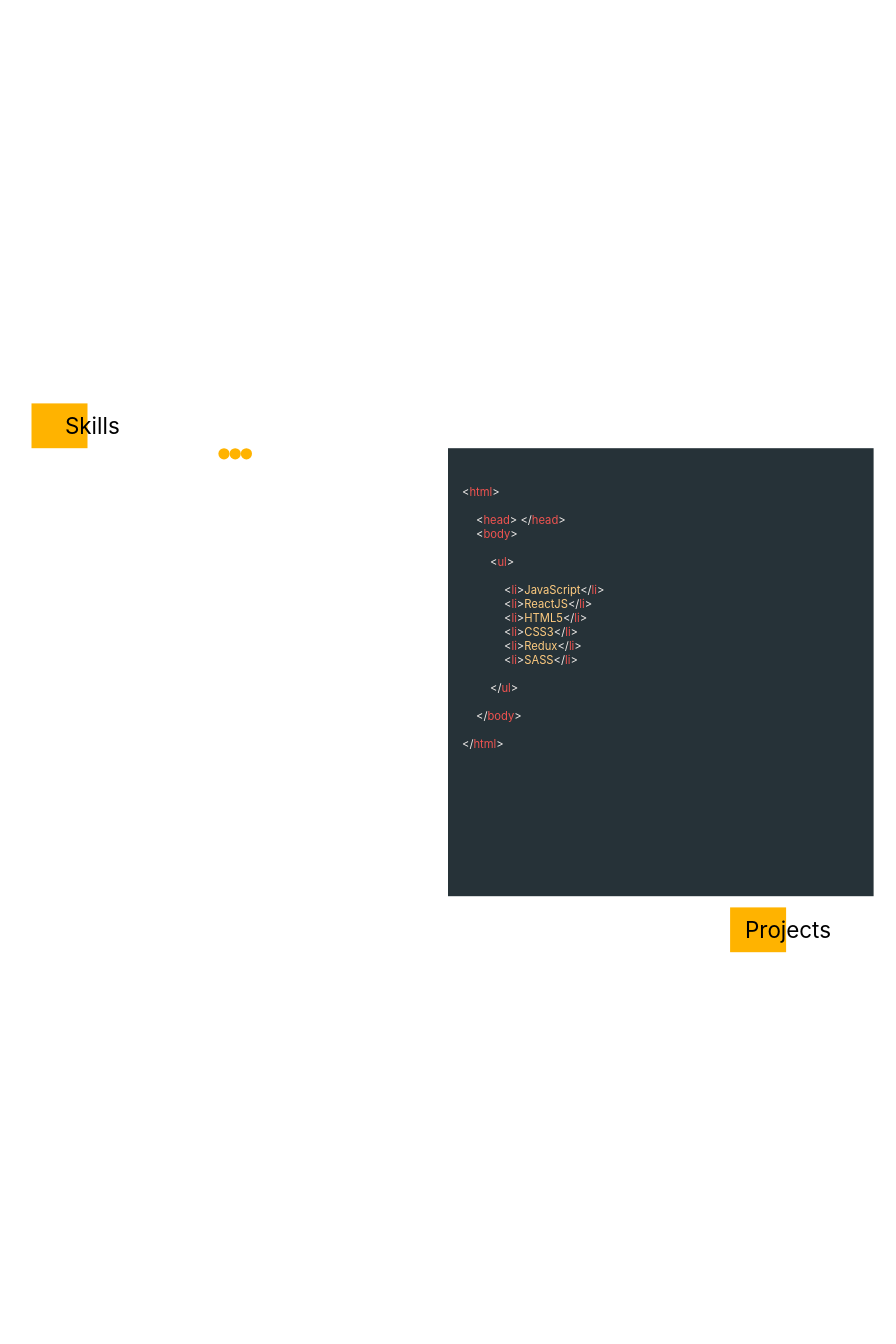
Repository: SebastianArmata22/Portfolio
Page: /
An editor plug-in stored every save of this project. The page is shown before and after the next save, followed by the edit.
The browser window is 1280 px wide. The pictures show the part of the page from y = 895 to 2815 px (the page is 3664 px tall), at 70% of full size.
The project was rebuilt for these pictures with package versions that can differ from the ones it lists, and the page was loaded fresh each time.

Above is the page before, as saved 2021-02-24 18:16:01.

### public/index.html
<!DOCTYPE html>
<html lang="en">
  <head>
    <meta charset="utf-8" />
    <link rel="icon" href="%PUBLIC_URL%/favicon.ico" />
    <meta name="viewport" content="width=device-width, initial-scale=1" />
    <meta name="theme-color" content="#000000" />
    <meta
      name="description"
      content="Web site created using create-react-app"
    />
    <link rel="apple-touch-icon" href="%PUBLIC_URL%/logo192.png" />
    <!--
      manifest.json provides metadata used when your web app is installed on a
      user's mobile device or desktop. See https://developers.google.com/web/fundamentals/web-app-manifest/
    -->
    <link rel="manifest" href="%PUBLIC_URL%/manifest.json" />
    <!--
      Notice the use of %PUBLIC_URL% in the tags above.
      It will be replaced with the URL of the `public` folder during the build.
      Only files inside the `public` folder can be referenced from the HTML.

      Unlike "/favicon.ico" or "favicon.ico", "%PUBLIC_URL%/favicon.ico" will
      work correctly both with client-side routing and a non-root public URL.
      Learn how to configure a non-root public URL by running `npm run build`.
    -->
    <title>Sebastian Armata</title>
  </head>
  <body>
    <noscript>You need to enable JavaScript to run this app.</noscript>
    <div id="root"></div>
    <!--
      This HTML file is a template.
      If you open it directly in the browser, you will see an empty page.

      You can add webfonts, meta tags, or analytics to this file.
      The build step will place the bundled scripts into the <body> tag.

      To begin the development, run `npm start` or `yarn start`.
      To create a production bundle, use `npm run build` or `yarn build`.
    -->
  </body>
</html>

### src/App.js
import './App.css'
//components
import Header from './components/header/Header'
import MainPage from './components/mainPage/MainPage'
import Skills from './components/skills/Skills'
import AboutMe from './components/aboutMe/AboutMe'
import Contact from './components/contact/Contact'
import Footer from './components/footer/Footer'
import Projects from './components/projects/Projects'

function App() {
  return (
    <div className="App">
      <header>
        <Header />
      </header>
      <main>
        <MainPage />
        <AboutMe />
        <Skills />
        <Projects />
        <Contact />
      </main>
      <footer>
        <Footer />
      </footer>
    </div>
  );
}

export default App;

### src/App.css
html, body,*{
    margin: 0;
    padding: 0;

}
*{
    box-sizing: border-box;
}

### src/components/header/Header.js
import classes from './header.module.scss'
import React from 'react'
import logo from '../../icons/logo_armata.svg'

const Header = ()=>{
    return(
        <div className={classes.header}>
            <img src={logo} alt="logo"></img>
            <ul>
                <li>About me</li>
                <li>Skills</li>
                <li>Projects</li>
                <li>Contact</li>
            </ul>
        </div>
    )
}
export default Header

### src/components/mainPage/MainPage.js
import classes from './mainPage.module.scss'
import React from 'react'

const MainPage = ()=>{
    return(
        <div className={classes.main_page_container}>
            <div>
                <p><span>Hello,</span></p>
                <p>I'm Sebastian Armata</p>
                <p>A Frontend <span>Developer</span></p>
            </div>
            <div></div>
        </div>
    )
}
export default MainPage

### src/components/skills/Skills.js
import classes from './skills.module.scss'
import React from 'react'
import ConsoleSkills from '../consoleSkills/ConsoleSkills'

const Skills = ()=>{

    return(
        <div className={classes.skills}>
            <header>
                <p>Skills</p>
            </header>
            <main>
                <div className={classes.bar}>
                    <div></div>
                    <div></div>
                    <div></div>
                </div>
                <div>
                    <ConsoleSkills />
                </div>
            </main>
        </div>
    )
}
export default Skills

### src/components/aboutMe/AboutMe.js
import classes from './aboutme.module.scss'
import React from 'react'

const AboutMe = ()=>{
    return(
        <div className={classes.aboutMe}>
            <header>
                <p>About me</p>
            </header>
        </div>
    )
}
export default AboutMe

### src/components/contact/Contact.js
import classes from './contact.module.scss'
import React from 'react'

const Contact = ()=>{
    return(
        <div className={classes.contact}>
        <header>
            <p>Contact</p>
        </header>
    </div>
    )
}
export default Contact

### src/components/footer/Footer.js
import classes from './footer.module.scss'
import React from 'react'

const Footer = ()=>{
    return(
        <div className={classes.footer}>
            <p>Sebastian Armata </p>
        </div>
        )
}
export default Footer

### src/components/projects/Projects.js
import classes from './projects.module.scss'
import React from 'react'

const Projects = ()=>{
    return(
        <div className={classes.projects}>
            <header>
                <p>Projects</p>
            </header>
        </div>
    )
}
export default Projects

### src/components/header/header.module.scss
@import '../../variables.scss';

.header{
    height: 5rem;
    width: 100%;
    background-color: $third-main-color;
    display: flex;
    align-items: center;
    justify-content: space-between;
    padding: 1rem;
    img{
        padding: 0 2rem;
        height: 50px;
    }
    ul{
        display: flex;
        align-items: center;
        justify-content: space-between;
        width: 50%;
        li{
            list-style: none;
            text-align: center;
            color: $second-main-color;
            width: 10rem;
            font-size: 1rem;
            cursor: pointer;
            &:hover{
                color: $first-main-color;
            }
        }
    }
}

### src/components/mainPage/mainPage.module.scss
@import '../../variables.scss';

.main_page_container{
    height: calc(100vh - 5rem);
    width: 100%;
    background-color: $third-main-color;
    @include flex-container;
    padding: 3rem;
    div{
        width: 50%;
        height: 100%;
        display: flex;
        justify-content: center;
        flex-direction: column;
    }
    p{
        color: $second-main-color;
        font-size: 2rem;
        span{
            color: $first-main-color;
            font-size: 3rem;
        }
    }
}

### src/components/skills/skills.module.scss
@import '../../variables.scss';
.skills{
    width: 100%;
    height: 100vh;
    padding: 2rem;
    header{
        @include flex-container;
        p{
            position: relative;
            font-size: 2rem;
            height: 4rem;
            width: 90%;
            display: flex;
            align-items: center;
            &::after{
                display: block;
                content: "";
                    width: 5rem;
                    height: 100%;
                    z-index: -1;
                    position: absolute;
                    top:0;
                    left: -3rem;
                    background-color: $first-main-color;
            }
        }
    }
    main{
        display: flex;
        >div{
            width: 50%;
            height: calc(100vh - 5rem);
            display: flex;
            justify-content: center;
        }
    }
}
.bar{
    div{
        width: 1rem;
        height: 1rem;
        border-radius: 1rem;
        background-color: $first-main-color;
    }
}

### src/components/consoleSkills/ConsoleSkills.js
import classes from './consoleSkills.module.scss'
import React from 'react'

const ConsoleSkills=()=>{
    return(
        <div className={classes.console_content}>
                            <ul>
                                <li>&lt;<span className={classes.html_text}>html</span>&gt;</li>
                                <li>
                                  <ul className="no-top-padding">
                                    <li>
                                      &lt;<span className={classes.html_text}>head</span>&gt;
                                      &lt;/<span className={classes.html_text}>head</span>&gt;
                                    </li>
                                    <li>&lt;<span className={classes.html_text}>body</span>&gt;</li>
                                    <li>
                                      <ul className="no-top-padding">
                                        <li>&lt;<span className={classes.html_text}>ul</span>&gt;</li>
                                        <ul className="no-top-padding">
                                          <li>
                                            &lt;<span className={classes.html_text}>li</span>&gt;
                                            <span className={classes.html_text_2}>JavaScript</span>
                                            &lt;/<span className={classes.html_text}>li</span>&gt;</li>
                                          <li>
                                            &lt;<span className={classes.html_text}>li</span>&gt;
                                            <span className={classes.html_text_2}>ReactJS</span>
                                            &lt;/<span className={classes.html_text}>li</span>&gt;
                                          </li>
                                          <li>
                                            &lt;<span className={classes.html_text}>li</span>&gt;
                                            <span className={classes.html_text_2}>HTML5</span>
                                            &lt;/<span className={classes.html_text}>li</span>&gt;
                                          </li>
                                          <li>
                                            &lt;<span className={classes.html_text}>li</span>&gt;
                                            <span className={classes.html_text_2}>CSS3</span>
                                            &lt;/<span className={classes.html_text}>li</span>&gt;
                                          </li>
                                          <li>
                                            &lt;<span className={classes.html_text}>li</span>&gt;
                                            <span className={classes.html_text_2}>Redux</span>
                                            &lt;/<span className={classes.html_text}>li</span>&gt;
                                          </li>
                                          <li>
                                            &lt;<span className={classes.html_text}>li</span>&gt;
                                            <span className={classes.html_text_2}>SASS</span>
                                            &lt;/<span className={classes.html_text}>li</span>&gt;
                                          </li>
                                        </ul>
                                        <li>&lt;/<span className={classes.html_text}>ul</span>&gt;</li>
                                      </ul>
                                    </li>
                                    <li>&lt;/<span className={classes.html_text}>body</span>&gt;</li>
                                  </ul>
                                </li>
                                <li>&lt;/<span className={classes.html_text}>html</span>&gt;</li>
                            </ul>
                        </div>

    )
}
export default ConsoleSkills

### src/components/aboutMe/aboutme.module.scss
@import '../../variables.scss';

.aboutMe{
    width: 100%;
    height: 100vh;
    padding: 2rem;
    header{
        @include flex-container;
        p{
            position: relative;
            font-size: 2rem;
            height: 4rem;
            width: 90%;
            display: flex;
            align-items: center;
            justify-content: flex-end;
            &::after{
                display: block;
                content: "";
                    width: 5rem;
                    height: 100%;
                    z-index: -1;
                    position: absolute;
                    top:0;
                    right: -2rem;
                    background-color: $first-main-color;
            }
        }
    }
}

### src/components/contact/contact.module.scss
@import '../../variables.scss';
.contact{
    width: 100%;
    height: 100vh;
    padding: 2rem;
    header{
        @include flex-container;
        p{
            position: relative;
            font-size: 2rem;
            height: 4rem;
            width: 90%;
            display: flex;
            align-items: center;
            &::after{
                display: block;
                content: "";
                    width: 5rem;
                    height: 100%;
                    z-index: -1;
                    position: absolute;
                    top:0;
                    left: 4rem;
                    background-color: $first-main-color;
            }
        }
    }
}

### src/components/footer/footer.module.scss
@import '../../variables.scss';
.footer{
    height: 4rem;
    background-color: $first-main-color;
    @include flex-container;
    color: $second-main-color;
    font-size: 1.25rem;
}

### src/components/projects/projects.module.scss
@import '../../variables.scss';
.projects{
    width: 100%;
    height: 100vh;
    padding: 2rem;
    header{
        @include flex-container;
        p{
            position: relative;
            font-size: 2rem;
            height: 4rem;
            width: 90%;
            display: flex;
            align-items: center;
            justify-content: flex-end;
            &::after{
                display: block;
                content: "";
                    width: 5rem;
                    height: 100%;
                    z-index: -1;
                    position: absolute;
                    top:0;
                    right: 4rem;
                    background-color: $first-main-color;
            }
        }
    }
}

### src/variables.scss
$first-main-color: #FFB300;
$second-main-color: #fff;
$third-main-color:#000;
@mixin flex-container {
    display: flex;
    align-items: center;
    justify-content: center;
}

### src/components/consoleSkills/consoleSkills.module.scss
.console_content{
    background-color: #263238;
    padding: 2rem 0;
    width: 100%;
}
ul {
    list-style: none;
    color: #EFEBE9;
    padding-left: 20px;
    padding-right: 20px;
    margin-top: 20px;
    margin-bottom: 20px;
  }
.html_text {
    color: #EF5350;
  }
  .html_text_2 {
    color: #FFCC80;
  }

Loaded but not shown: src/index.js (common file); src/index.css (common file); src/reportWebVitals.js (common file)

After the next save:
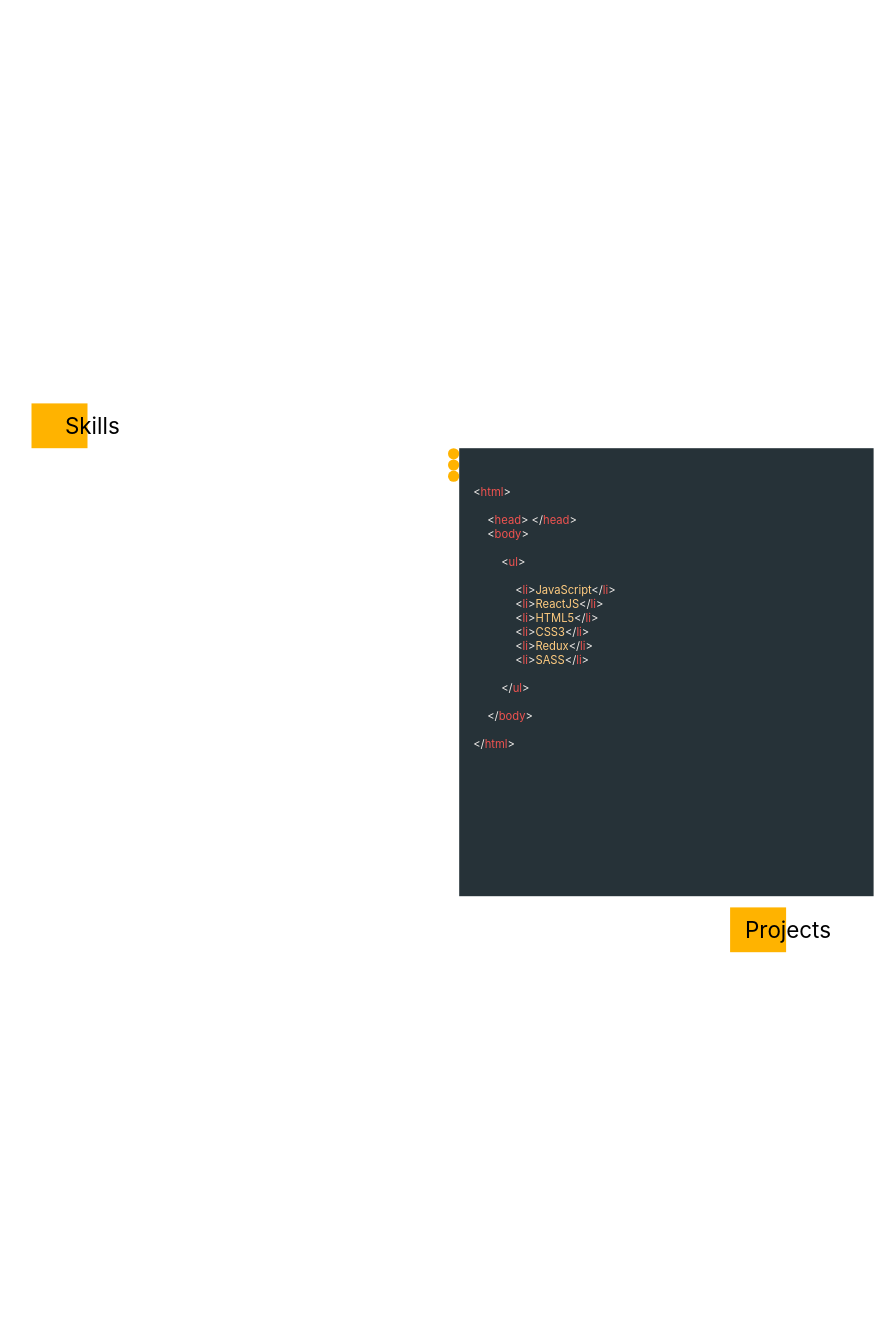
Saved 52 s later.
--- a/src/components/skills/Skills.js
+++ b/src/components/skills/Skills.js
@@ -10,12 +10,14 @@ const Skills = ()=>{
                 <p>Skills</p>
             </header>
             <main>
-                <div className={classes.bar}>
-                    <div></div>
-                    <div></div>
-                    <div></div>
+                <div>
                 </div>
                 <div>
+                    <div className={classes.bar}>
+                        <div></div>
+                        <div></div>
+                        <div></div>
+                    </div>
                     <ConsoleSkills />
                 </div>
             </main>
